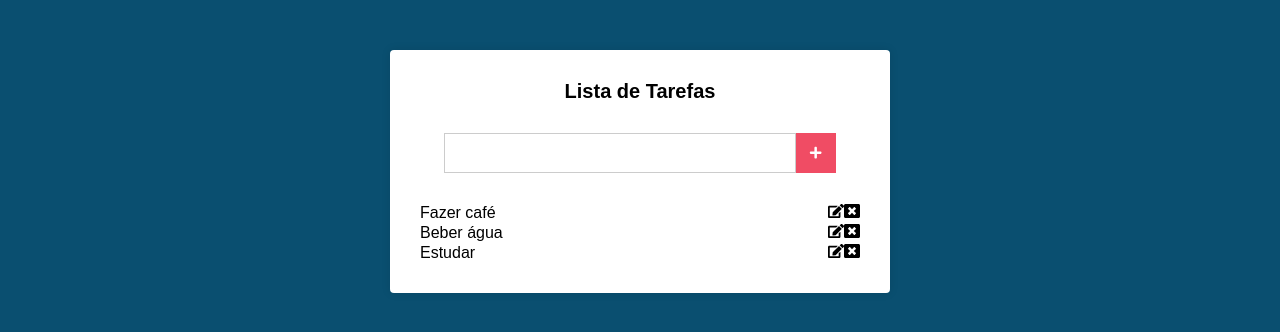
Repository: FellipeMiguel/lista-de-tarefas
Page: /
These files come from the project's save history. The page is drawn as it stood at one moment and after the next save; the edit follows.
The browser window is 1280 px wide. The pictures show the whole page.
The project was rebuilt for these pictures with package versions that can differ from the ones it lists, and the page was loaded fresh each time.

Above is the page before, as saved 2023-06-14 23:45:54.

### src/index.js
import React from "react"
import ReactDOM from "react-dom/client"

import App from "./App"

const root = ReactDOM.createRoot(document.getElementById("root"))
root.render(
  <React.StrictMode>
    <App />
  </React.StrictMode>,
)

### src/App.js
import Main from './components/Main'
import './App.css'

function App() {
  return <Main />
}

export default App

### src/components/Main.js
import React, { Component } from 'react'

// Form
import { FaPlus } from 'react-icons/fa'

// Tasks
import { FaEdit, FaWindowClose } from 'react-icons/fa'

import './Main.css'

export default class Main extends Component {
  state = {
    newTask: '',
    tasks: ['Fazer café', 'Beber água', 'Estudar'],
  }

  handleChange = (e) => {
    this.setState({ newTask: e.target.value })
  }

  render() {
    const { newTask, tasks } = this.state

    return (
      <div className="main">
        <h1>Lista de Tarefas</h1>

        <form action="#" className="form">
          <input value={newTask} onChange={this.handleChange} type="text" />
          <button type="submit">
            <FaPlus />
          </button>
        </form>

        <ul className="tasks">
          {tasks.map((task) => (
            <li key={task}>
              {task}
              <div>
                <FaEdit className="edit" />
                <FaWindowClose className="close" />
              </div>
            </li>
          ))}
        </ul>
      </div>
    )
  }
}

### src/components/Main.css
.main {
  background: #fff;
  padding: 30px;
  margin: 50px auto;
  max-width: 500px;
  border-radius: 4px;
  box-shadow: 0 0 10px rgba(0, 0, 0, 0.1);
}

.main h1 {
  font-size: 20px;
  text-align: center;
}

.form {
  margin-top: 30px;
  display: flex;
  align-items: center;
  justify-content: center;
}

.form input[type="text"] {
  height: 40px;
  padding: 0 20px;
  font-size: 20px;
  border: 1px solid #ccc;
  min-width: 80%;
}

.form button[type="submit"] {
  border: none;
  height: 40px;
  width: 40px;
  background: #f04c64;
  color: #fff;
  display: flex;
  align-items: center;
  justify-content: center;
}

.tasks {
  margin-top: 30px;
}

.tasks li {
  display: flex;
  align-items: center;
  justify-content: space-between;
}

Loaded but not shown: public/index.html (common file); src/App.css (common file)

After the next save:
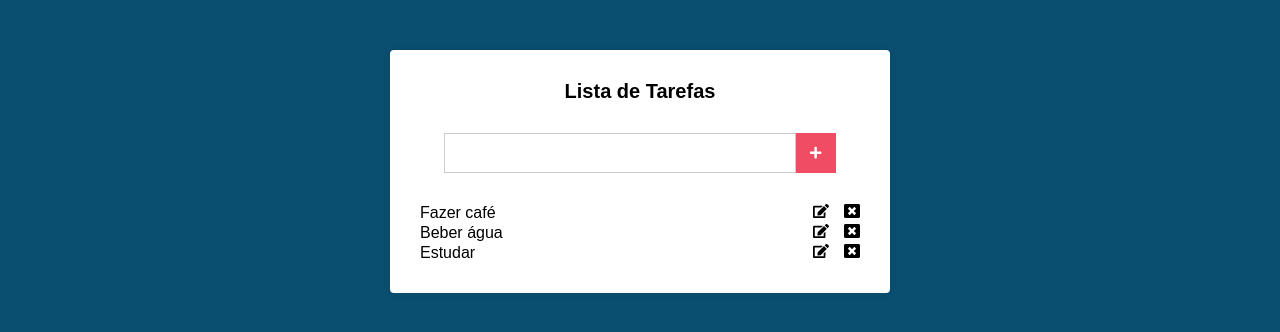
Saved 26 s later.
--- a/src/components/Main.css
+++ b/src/components/Main.css
@@ -47,3 +47,7 @@
   align-items: center;
   justify-content: space-between;
 }
+
+.tasks li .edit {
+  margin-right: 15px;
+}
